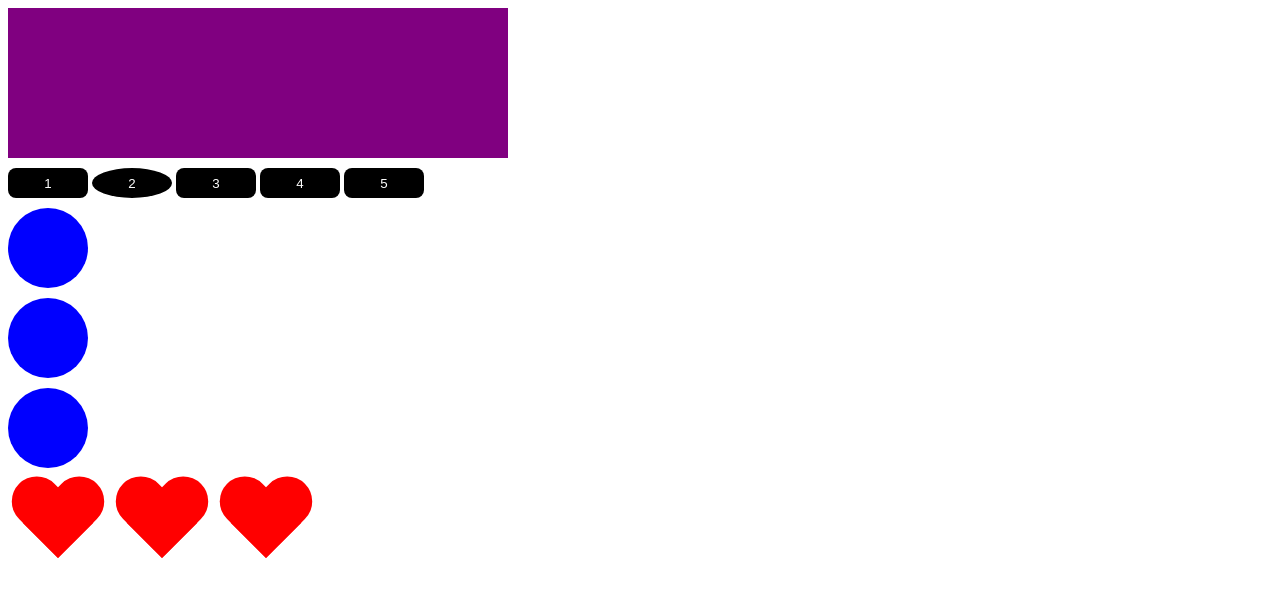
Repository: armus503/First_homework
Page: index2.html
An editor plug-in stored every save of this project. The page is shown before and after the next save, followed by the edit.
The browser window is 1280 px wide. The pictures show the whole page.

Above is the page before, as saved 2021-08-26 00:41:56.

### index2.html
<!DOCTYPE html>
<html lang="ru">

<head>
    <meta charset="utf-8">
    <meta http-equiv="X-UA-Compatible" content="IE=edge">
    <title>JavaScript</title>
    <link rel="stylesheet" href="/style2.css">
</head>

<body>
    <div class="box" id="box"></div>
    <button>1</button>
    <button>2</button>
    <button>3</button>
    <button>4</button>
    <button>5</button>

    <div class="circle"></div>
    <div class="circle"></div>
    <div class="circle"></div>

    <div class="wrapper">
        <div class="heart"></div>
        <div class="heart"></div>
        <div class="heart"></div>

    </div>

    <script src="/script2.js"></script>
</body>

</html>

### style2.css
.box {
  width: 150px;
  height: 150px;
  background-color: red;
}
button {
	width: 80px;
	height: 30px;
	margin-top: 10px;
	border: none;
	border-radius: 8px;
	background-color: #000;
	color: #fff;
	cursor: pointer;
	outline: none;
}

.circle {
	width: 80px;
	height: 80px;
	background-color: blue;
	display: block;
	margin-top: 10px;
	border-radius: 100%;
}

.heart {
	display: inline-block;
    position: relative;
    width: 100px;
    height: 90px;
    margin-top: 10px;
}
.heart:before,
.heart:after {
    position: absolute;
    content: "";
    left: 50px;
    top: 0;
    width: 50px;
    height: 80px;
    background: red;
    -moz-border-radius: 50px 50px 0 0;
    border-radius: 50px 50px 0 0;
    -webkit-transform: rotate(-45deg);
       -moz-transform: rotate(-45deg);
        -ms-transform: rotate(-45deg);
         -o-transform: rotate(-45deg);
            transform: rotate(-45deg);
    -webkit-transform-origin: 0 100%;
       -moz-transform-origin: 0 100%;
        -ms-transform-origin: 0 100%;
         -o-transform-origin: 0 100%;
            transform-origin: 0 100%;
}
.heart:after {
    left: 0;
    -webkit-transform: rotate(45deg);
       -moz-transform: rotate(45deg);
        -ms-transform: rotate(45deg);
         -o-transform: rotate(45deg);
            transform: rotate(45deg);
    -webkit-transform-origin: 100% 100%;
       -moz-transform-origin: 100% 100%;
        -ms-transform-origin: 100% 100%;
         -o-transform-origin: 100% 100%;
            transform-origin :100% 100%;
}
.black{
	width: 150px;
	height: 50px;
	line-height: 50px;
	text-align: center;
	background-color: black;
	margin-bottom: 30px;
	margin-top: 30px;
	color: #fff;
}

### script2.js
'use strict';

const box = document.getElementById('box'),
    btns = document.getElementsByTagName('button'),
    circles = document.getElementsByClassName('circle'),
    hearts = document.querySelectorAll('.heart'),
    oneHeart = document.querySelector('.heart');

//console.dir(box); //посмотреть на элемент в качестве объекта

//инлайн стили(применяемые через JS) имеют приоритет перед стилями CSS
box.style.backgroundColor = 'blue'; //значения стилей записываем
box.style.width = '500px'; //в строковом формате, иначе не применятся

btns[1].style.borderRadius = '100%'; //меняем радиус второй кнопки псевдомассива btns

/*! этот способ назначения свойств действует только для отдельных элементов
для псевдомассива используется свойство cssText */

box.style.cssText = 'background-color: purple; width: 500px'; //стили записываются уже как в CSS
//так же можно использовать переменные, если свойства меняются динамически

After the next save:
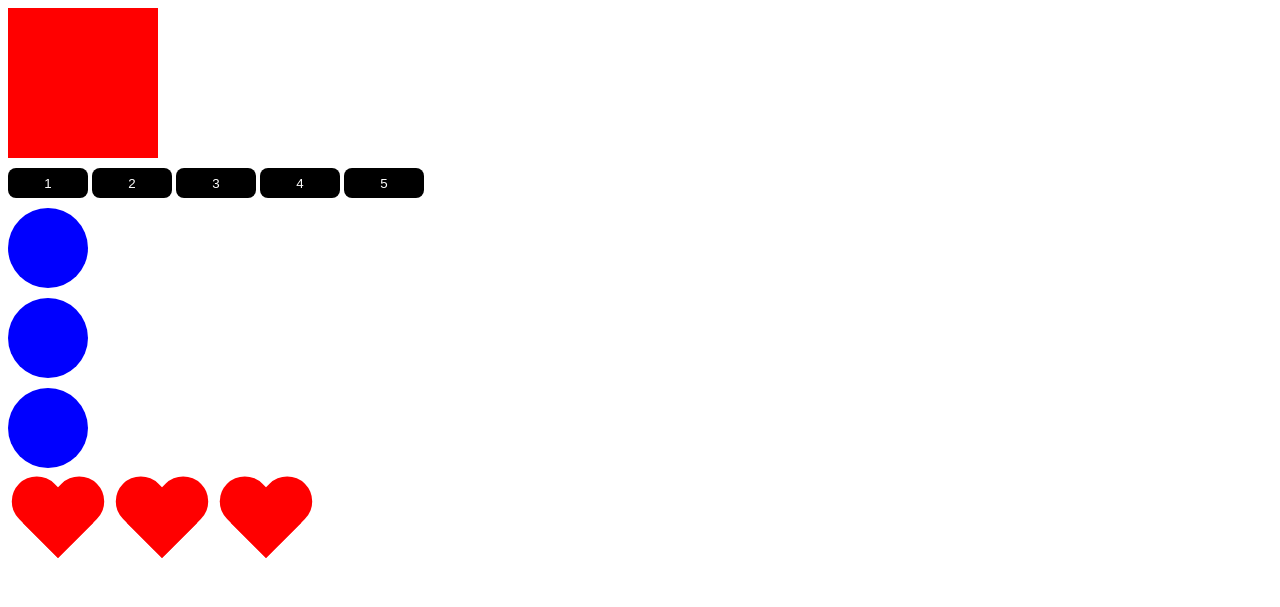
Console error: SyntaxError: Unexpected token ')'
Saved 10 min 26 s later.
--- a/script2.js
+++ b/script2.js
@@ -19,3 +19,6 @@ btns[1].style.borderRadius = '100%'; //меняем радиус второй к
 
 box.style.cssText = 'background-color: purple; width: 500px'; //стили записываются уже как в CSS
 //так же можно использовать переменные, если свойства меняются динамически
+
+//Для произведения одних и тех же действий над несколькими элементами используем циклы for, for...in, forEach(только вместе с querySelectorAll):
+for ()

After the 2 saves that followed:
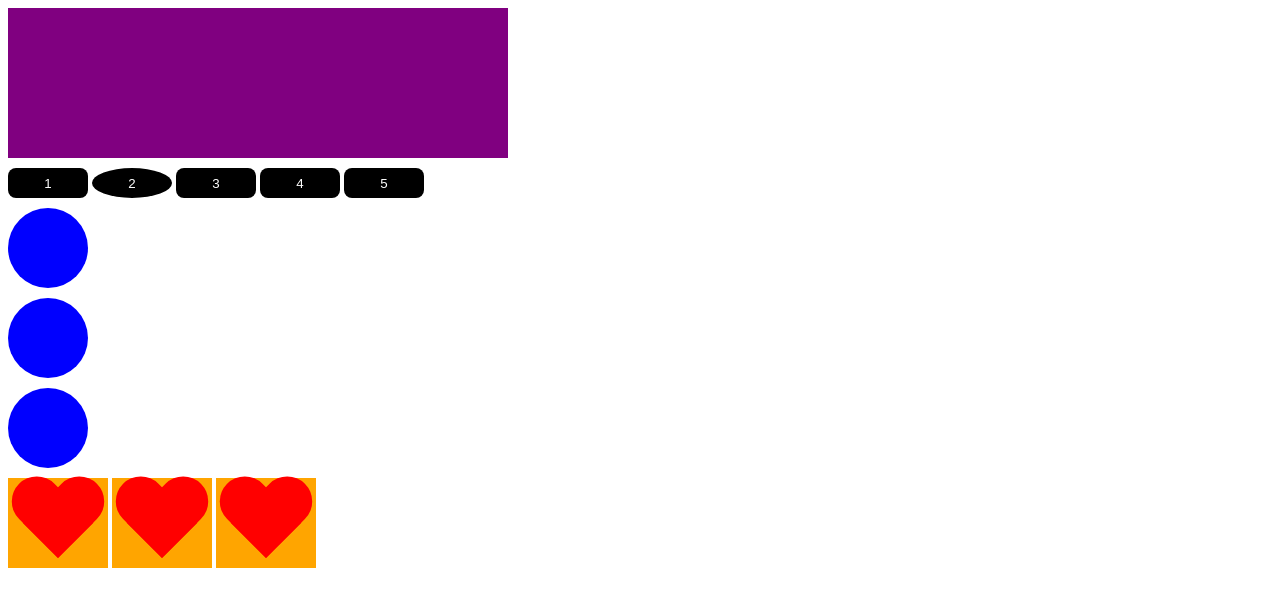
The error is gone.
The 2 saves are shown as one change because 1 left the picture as it was.
The last was saved 2 min 2 s later.
--- a/script2.js
+++ b/script2.js
@@ -21,4 +21,6 @@ box.style.cssText = 'background-color: purple; width: 500px'; //стили за
 //так же можно использовать переменные, если свойства меняются динамически
 
 //Для произведения одних и тех же действий над несколькими элементами используем циклы for, for...in, forEach(только вместе с querySelectorAll):
-for ()
+for (let i = 0; i < hearts.length; i++) {
+    hearts[i].style.backgroundColor = 'orange';
+}
